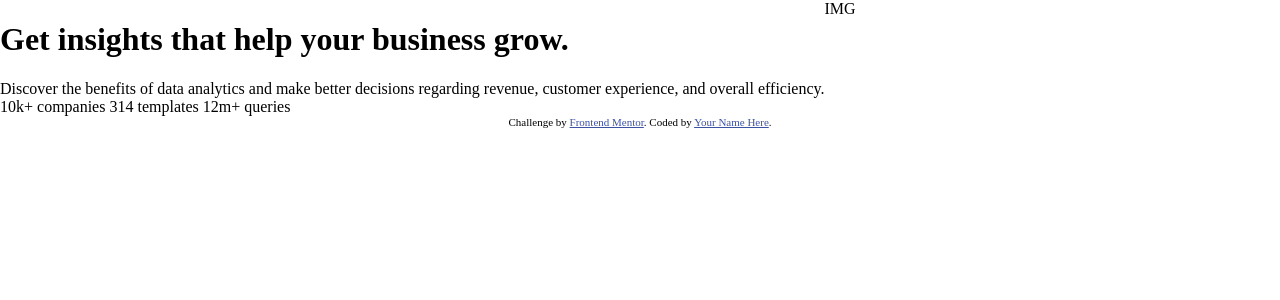
Repository: wasanmsn/Card_Challange
Page: index.html
An editor plug-in stored every save of this project. The page is shown before and after the next save, followed by the edit.
The browser window is 1280 px wide. The pictures show the whole page.

Above is the page before, as saved 2021-07-21 15:38:58.

After the next save:
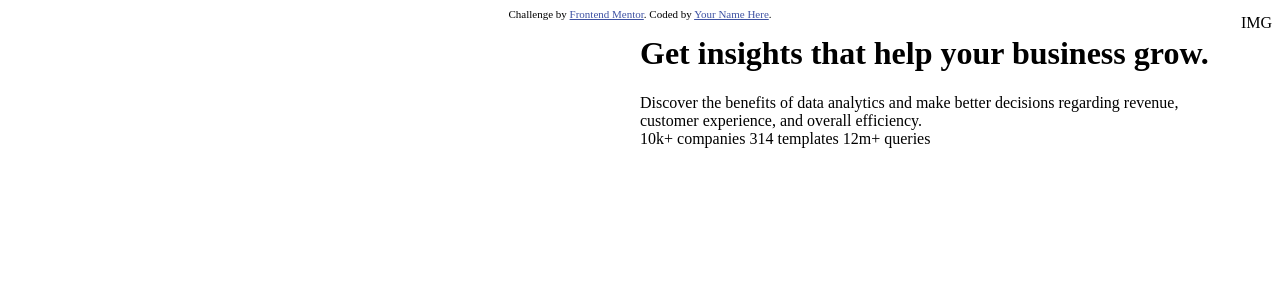
Saved 2 min 31 s later.
--- a/stylesheet.css
+++ b/stylesheet.css
@@ -1,6 +1,10 @@
 body{
-    margin: auto;
+    position: relative;
 }
 .container{
     display: flex;
+    position: absolute;
+    left: 50%;
+    top: 50%;
+    transform: translateY(-50%,-50%);
 }
